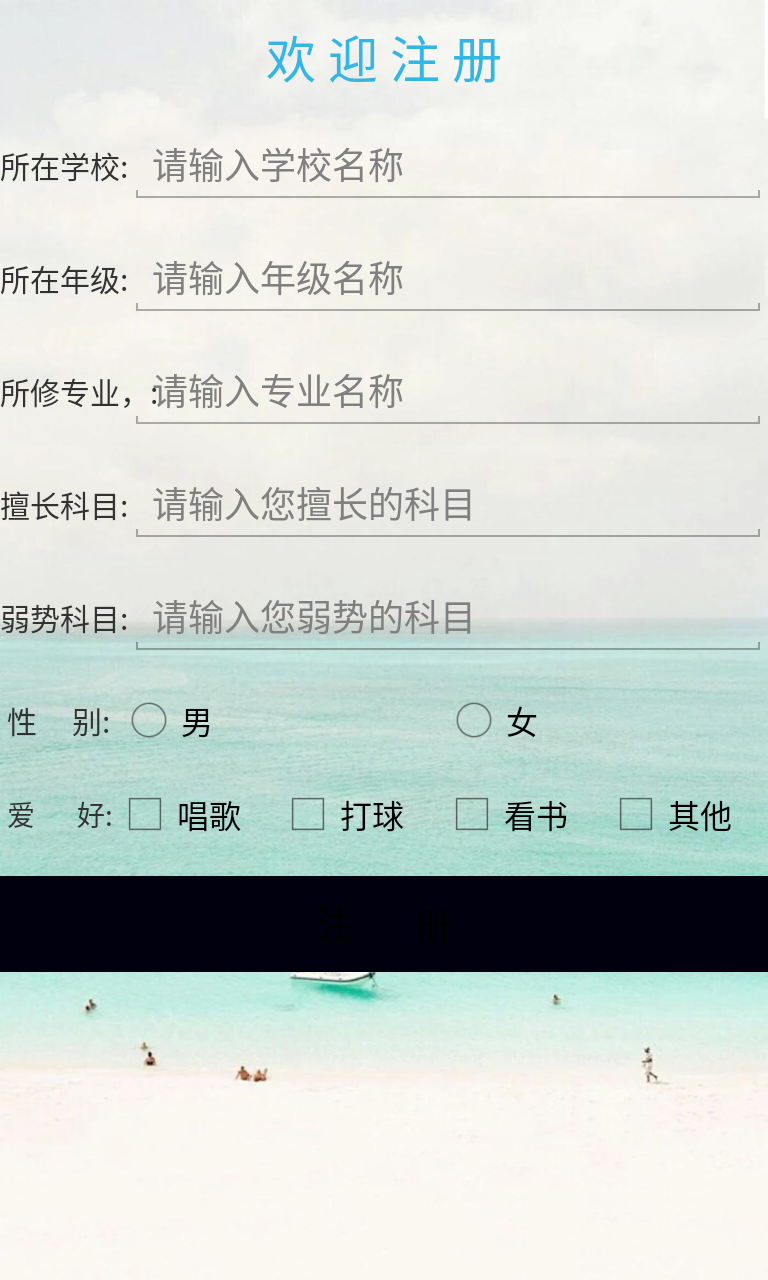
Repository: 17390089054/android
Layout: learning/res/layout/activity_main.xml
An editor plug-in stored every save of this project. The layout is shown before and after a run of saves, followed by the edit.
It is drawn on a 768 x 1280 px phone screen (xhdpi) without system bars, with theme AppTheme; the app's code is not run.

Above is the layout before, as saved 2018-05-01 10:20:58.

After the next 2 saves:
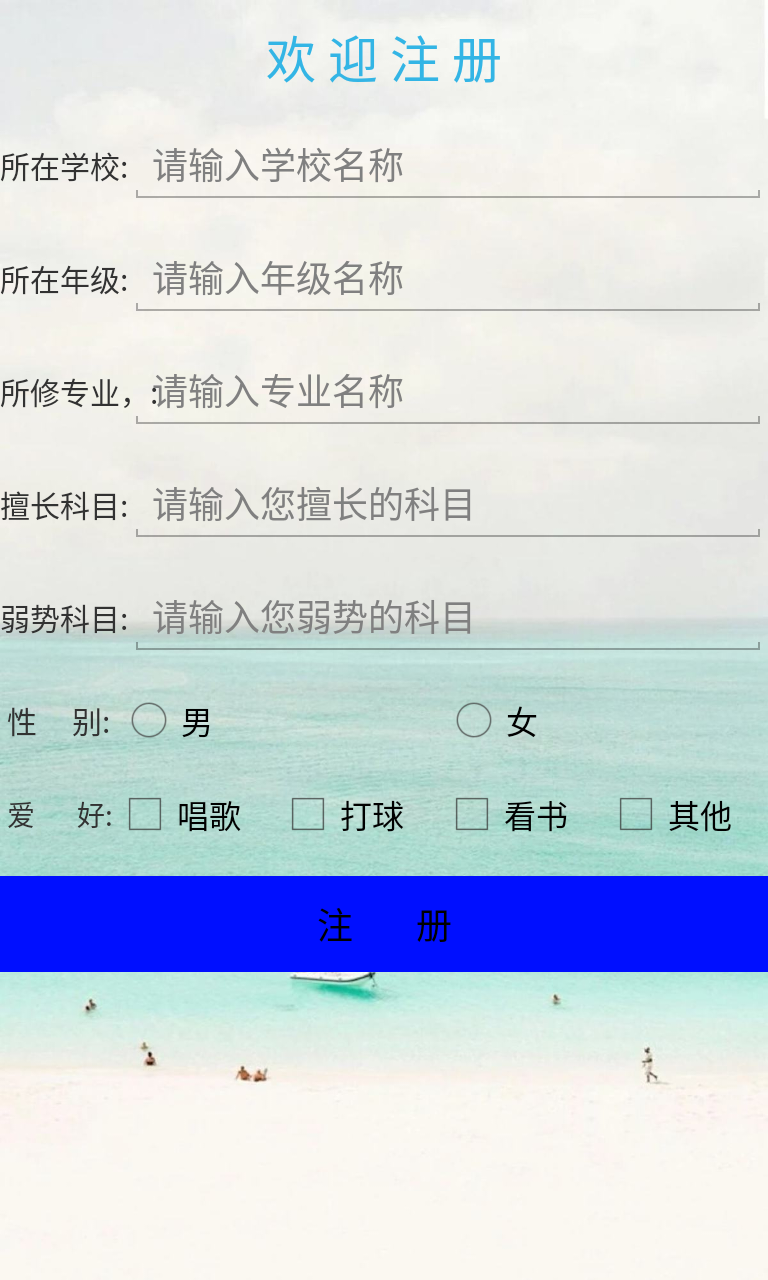
The 2 saves are shown as one change because they came seconds apart.
The last was saved 9 s later.
--- a/learning/res/layout/activity_main.xml
+++ b/learning/res/layout/activity_main.xml
@@ -221,7 +221,7 @@
 	    android:layout_height="wrap_content"
 	  	android:gravity="center"
 	    android:text="注       册"
-	    android:background="#00000f"
+	    android:background="#000fff"
 	    android:layout_marginTop="15dp"
 	    />
 
